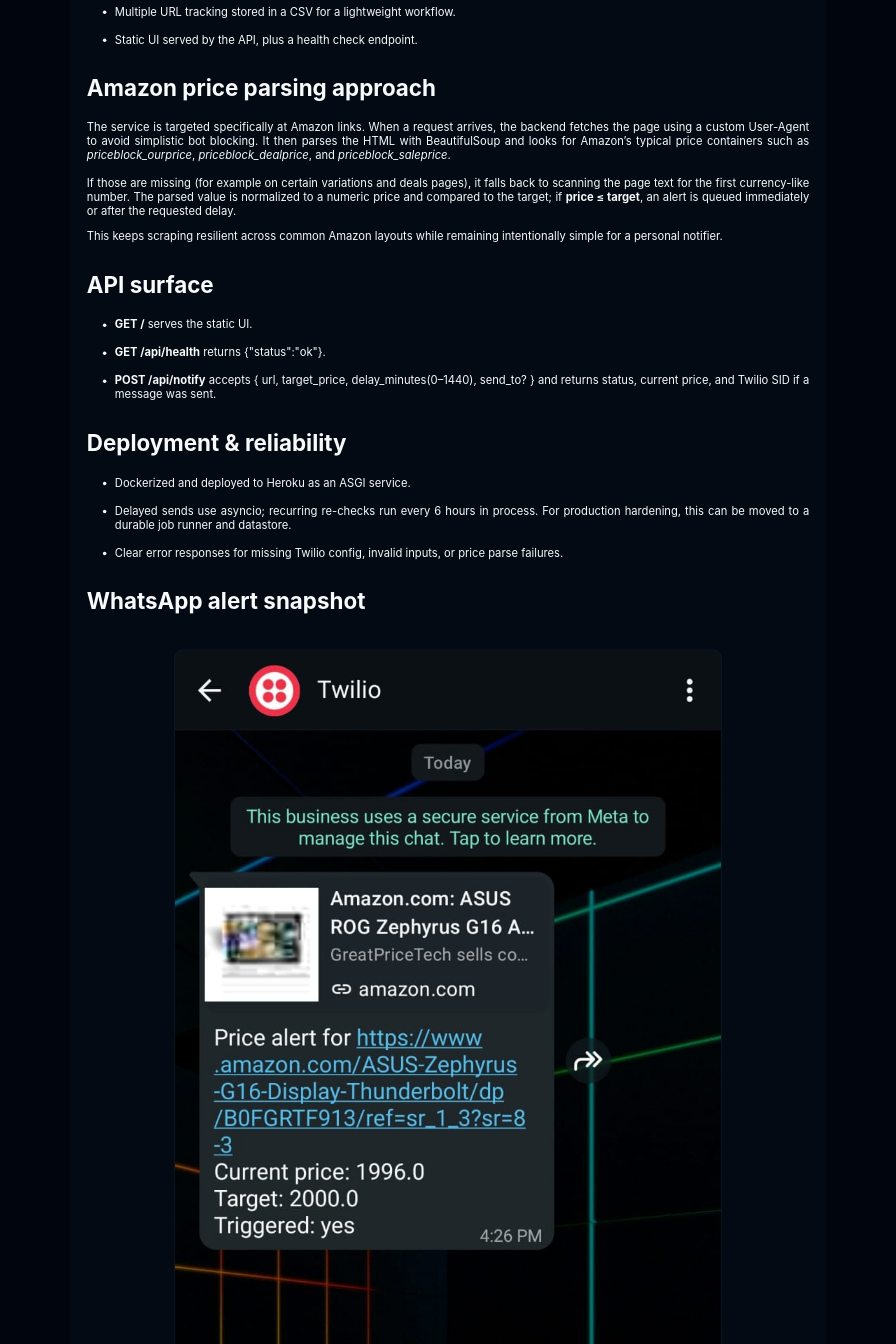
Repository: Abdulaziz-04/Abdulaziz-04.github.io
Page: deepdives/backend_systems/price_notifier/price_notifier.html
These files come from the project's save history. The page is drawn as it stood at one moment and after the next save; the edit follows.
The browser window is 1280 px wide. The pictures show the part of the page from y = 1403 to 3323 px (the page is 4068 px tall before and 4064 px after), at 70% of full size.

Above is the page before, as saved 2025-11-21 15:28:42.

After the next save:
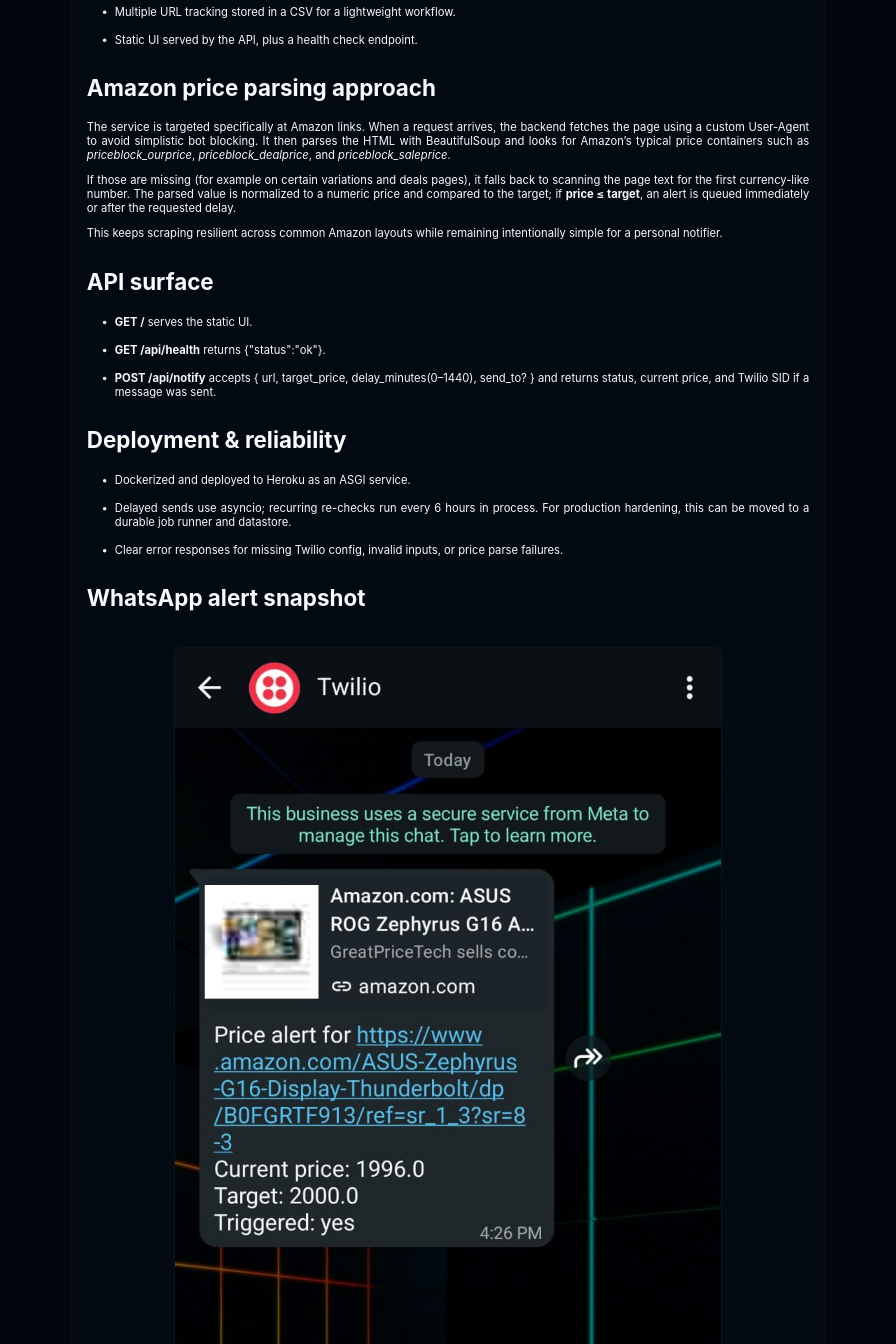
Saved 19 s later.
--- a/deepdives/backend_systems/price_notifier/price_notifier.html
+++ b/deepdives/backend_systems/price_notifier/price_notifier.html
@@ -100,9 +100,8 @@
           BeautifulSoup and looks for Amazon’s typical price containers such as
           <em>priceblock_ourprice</em>, <em>priceblock_dealprice</em>, and
           <em>priceblock_saleprice</em>.
-          <br />
-          <br />
-
+        </p>
+        <p>
           If those are missing (for example on certain variations and deals
           pages), it falls back to scanning the page text for the first
           currency-like number. The parsed value is normalized to a numeric
